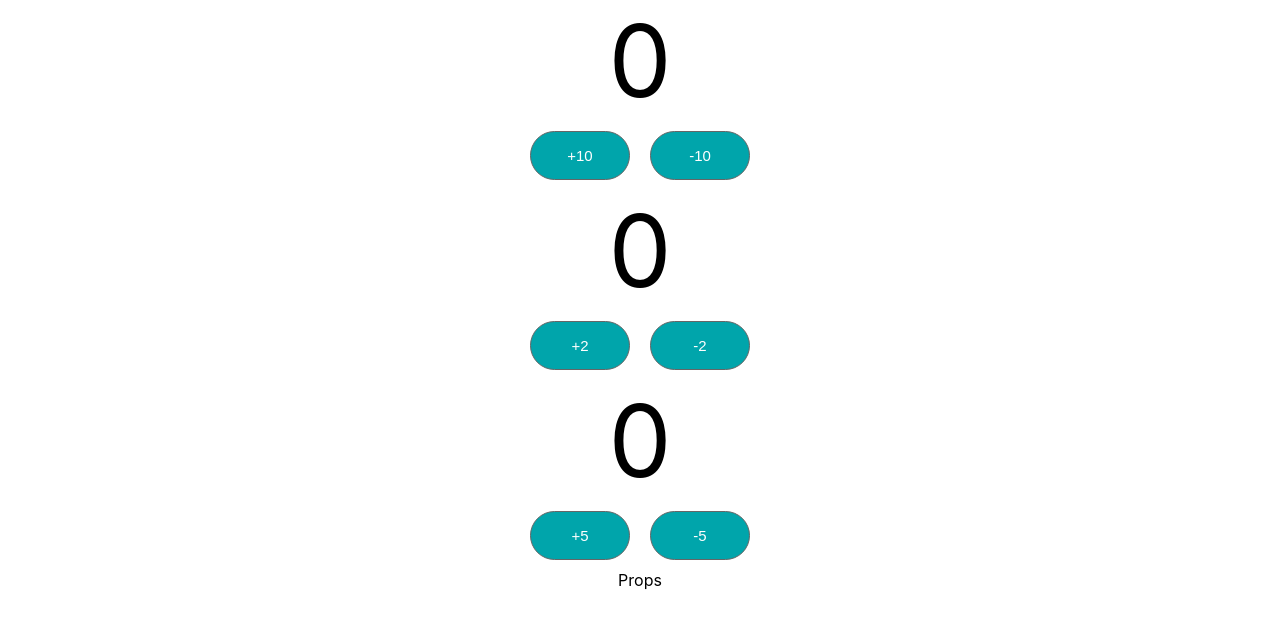
Repository: alexveremis/ReactWithRestAPI
Page: /todos
These files come from the project's save history. The page is drawn as it stood at one moment and after the next save; the edit follows.
The browser window is 1280 px wide. The pictures show the whole page.
The project was rebuilt for these pictures with package versions that can differ from the ones it lists, and the page was loaded fresh each time.

Above is the page before, as saved 2023-11-03 12:40:08.

### src/App.js
import './App.css';
import CounterButton from './components/counter/Counter';
import Counter from './components/counter/Counter'


function App() {
  return (
    <div className="App">
      <CounterButton  />
      <CounterButton step={2}/>
      <CounterButton step={5}/>
      <PlayingWithProps property1="value1" property2="value2"/>
    </div>
  );
}

function PlayingWithProps({property1, property2}) {
  console.log(property1)
  return(
    <div>Props</div>
  )
}


export default App;

### src/components/counter/Counter.jsx
import { useState } from 'react'
import {PropTypes} from 'prop-types'
import './Counter.css'

function Counter() {
    return(
        <>
            <CounterButton  />
            <CounterButton step={2}/>
            <CounterButton step={5}/>
        </>
    )
}

export default function CounterButton({step}) {

    const [count, setCount] = useState(0);



    function incrementCounterFunction() {
        setCount(count +step)
        console.log(count)
        console.log('increment clicked')
    }
    function decrementCounterFunction() {
        setCount(count -step)
        console.log(count)
        console.log('dec clicked')
    }

    return (
        <div className="Counter">
            <span className="count">{count}</span>
            <div>
                <button className="counterButton"
                        onClick={incrementCounterFunction}
                        >+{step}
                </button>
                <button className="counterButton"
                        onClick={decrementCounterFunction}
                        >-{step}
                </button>
            </div>
        </div>
    )

}

CounterButton.propTypes = {
    step: PropTypes.number
}

CounterButton.defaultProps = {
    step: 10
}

### src/components/counter/Counter.css
.counterButton {
    font-size:15px;
    background-color:#00a5ab;
    width:100px;
    margin:10px;
    color:white;
    padding: 15px;
    border: 1px solid #666666;
    border-radius: 30px;
}

.count {
    font-size: 100px;
    padding: 20px;
}

Loaded but not shown: public/index.html (common file); src/index.js (common file); src/index.css (common file); src/reportWebVitals.js (common file); src/App.css (common file)

After the next save:
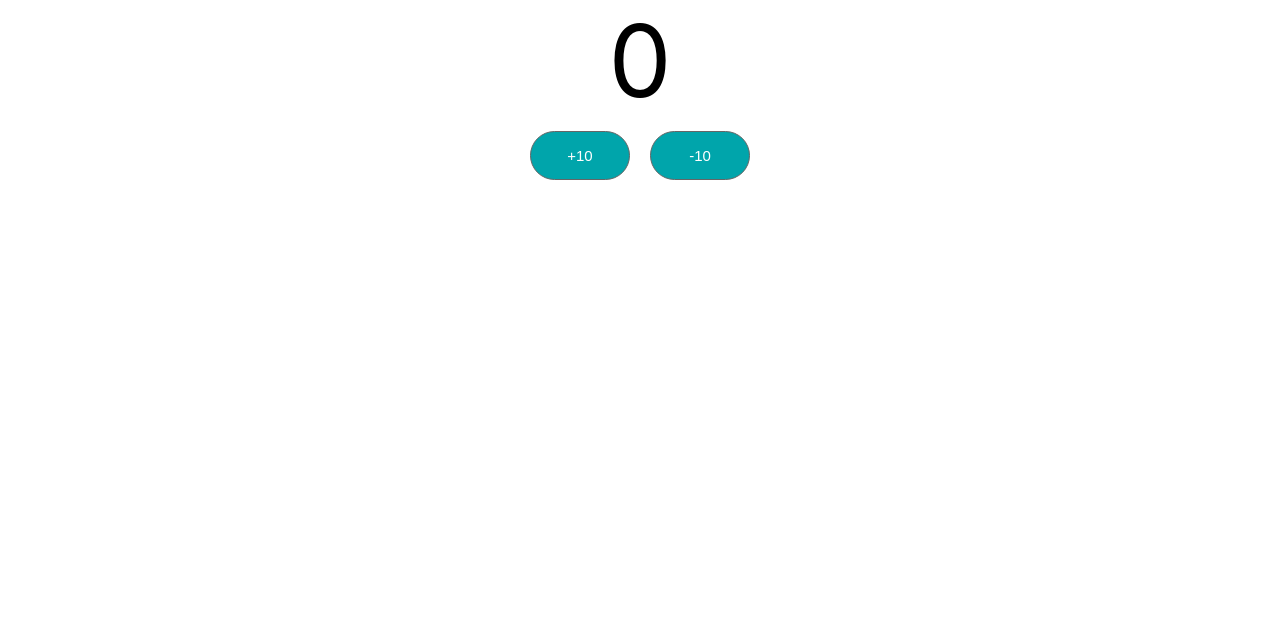
Saved 60 s later.
--- a/src/App.js
+++ b/src/App.js
@@ -6,10 +6,7 @@ import Counter from './components/counter/Counter'
 function App() {
   return (
     <div className="App">
-      <CounterButton  />
-      <CounterButton step={2}/>
-      <CounterButton step={5}/>
-      <PlayingWithProps property1="value1" property2="value2"/>
+      <Counter />
     </div>
   );
 }

After the save that followed:
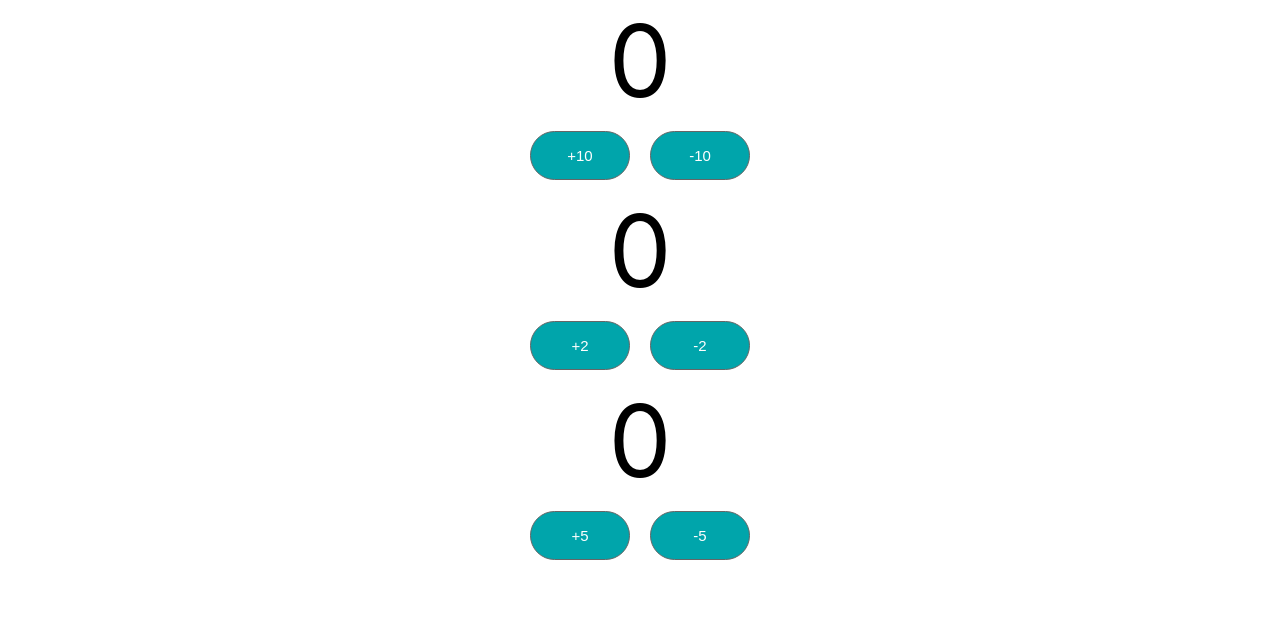
Saved 24 s later.
--- a/src/components/counter/Counter.jsx
+++ b/src/components/counter/Counter.jsx
@@ -2,7 +2,7 @@ import { useState } from 'react'
 import {PropTypes} from 'prop-types'
 import './Counter.css'
 
-function Counter() {
+export default function Counter() {
     return(
         <>
             <CounterButton  />
@@ -12,7 +12,7 @@ function Counter() {
     )
 }
 
-export default function CounterButton({step}) {
+function CounterButton({step}) {
 
     const [count, setCount] = useState(0);
 
